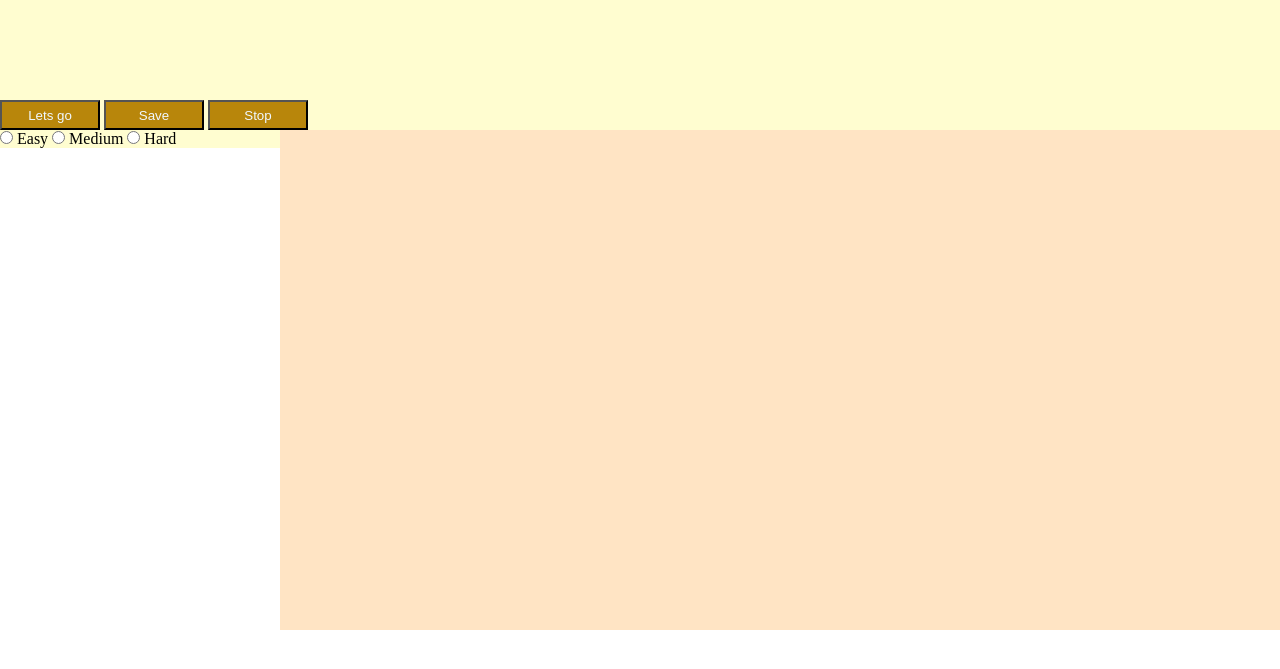
Repository: AytacSafarova/Bubble-game
Page: Bubble-game/index.html
The author's editor kept a copy of each file at every save. The page is drawn from the files as they stood at one save, then again after the next save.
The browser window is 1280 px wide. The pictures show the whole page.

Above is the page before, as saved 2022-09-06 01:36:27.

After the next save:
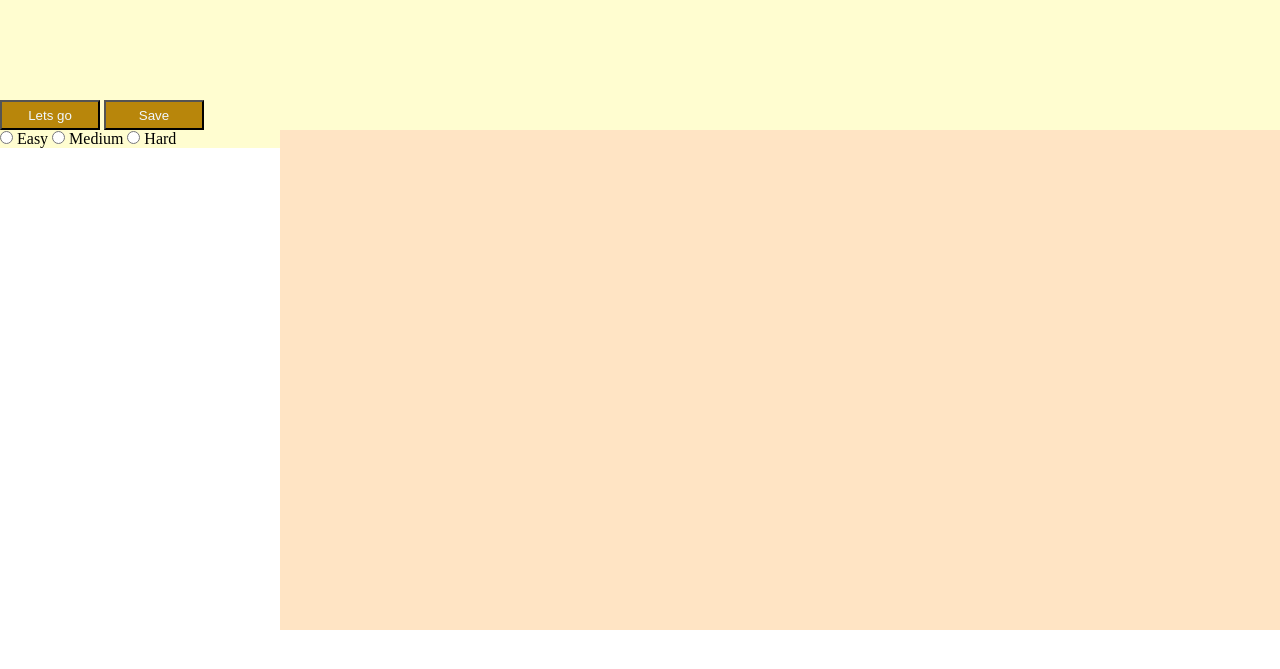
Console error: TypeError: Cannot read properties of null (reading 'addEventListener')
Saved 11 s later.
--- a/Bubble-game/index.html
+++ b/Bubble-game/index.html
@@ -9,12 +9,11 @@
 </head>
 <body>
     <div class="container">
-<main></main>
+
     <button class="start">Lets go</button>
 
         <button class="save">Save</button>
 
- <button class="stop">Stop</button>
 
 
         <div class="balonplace"></div>

After the save that followed:
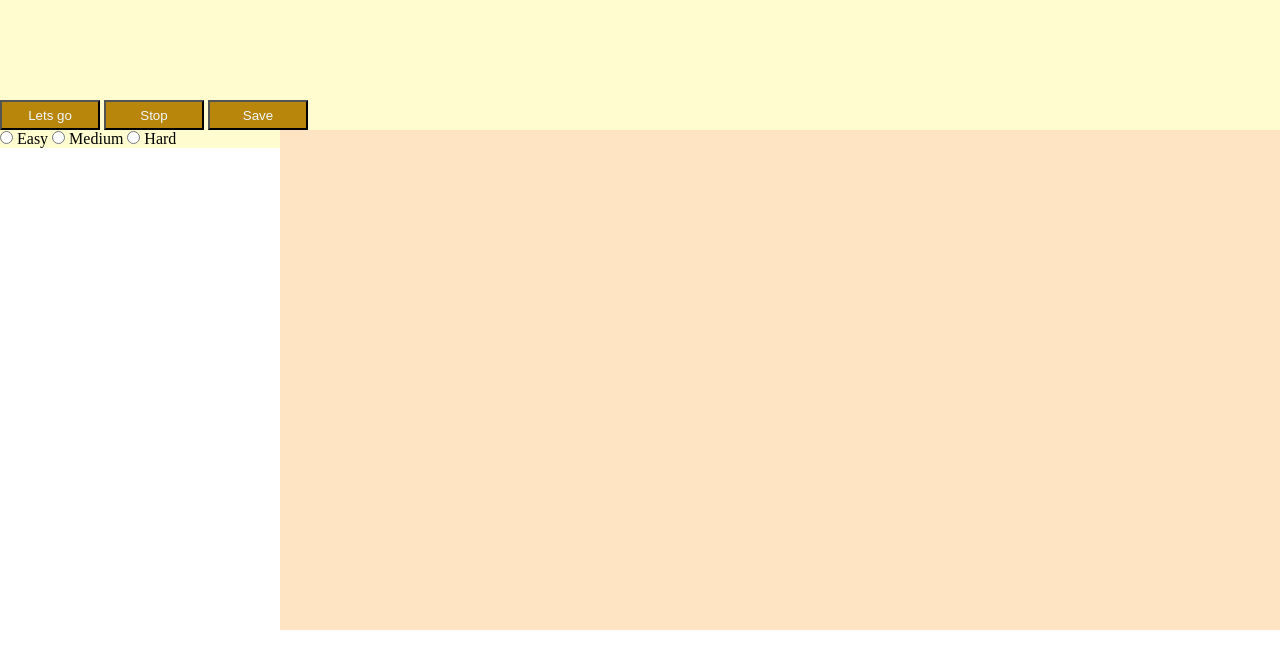
The error is gone.
Saved 6 s later.
--- a/Bubble-game/index.html
+++ b/Bubble-game/index.html
@@ -12,6 +12,7 @@
 
     <button class="start">Lets go</button>
 
+    <button class="stop">Stop</button>
         <button class="save">Save</button>
 
 
